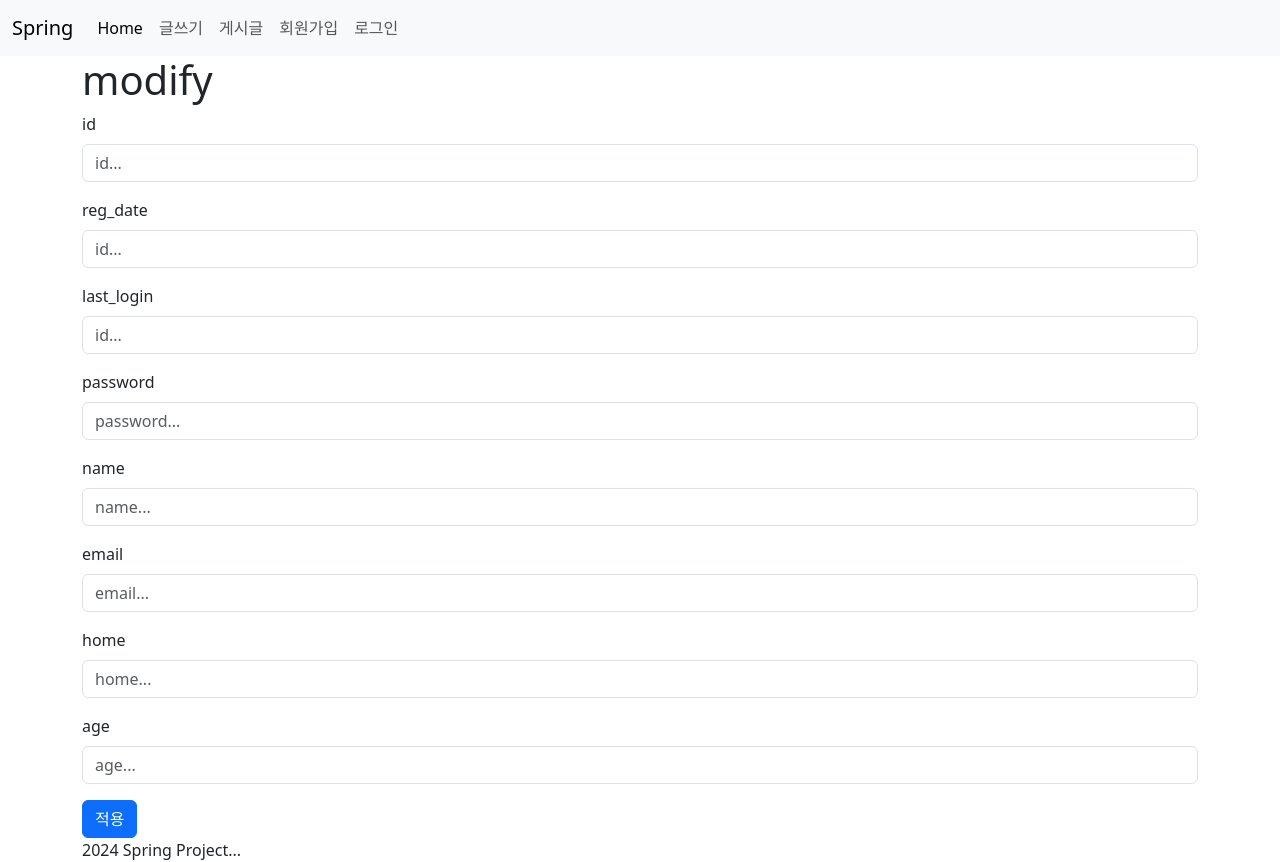
Repository: dlwpsdlwps/springTest240430
Page: http://localhost/spring_study/WEB-INF/views/member/modify.jsp
These files come from the project's save history. The page is drawn as it stood at one moment and after the next save; the edit follows.
The browser window is 1280 px wide. The pictures show the whole page.
The page is served by Tomcat 9. Nobody is signed in. The template is opened directly, without the code that normally fills it, so the values that code supplies are empty.

Above is the page before, as saved 2024-04-25 09:08:18.

After the next save:
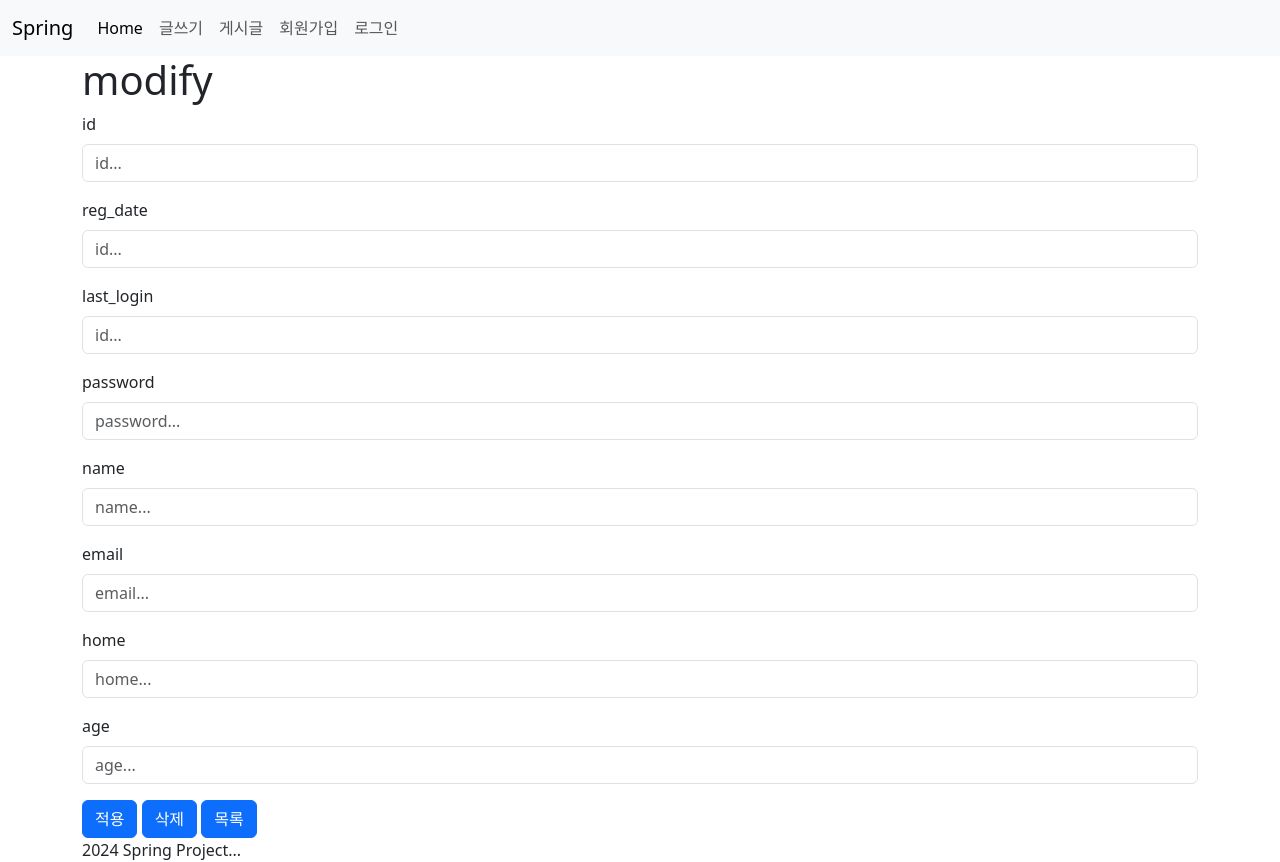
Saved 97 s later.
--- a/spring_study/src/main/webapp/WEB-INF/views/member/modify.jsp
+++ b/spring_study/src/main/webapp/WEB-INF/views/member/modify.jsp
@@ -37,6 +37,8 @@
 			<input type="text" class="form-control" name="age" id="a" value="${ses.age }" placeholder="age...">
 		</div>
 		<button type="submit" class="btn btn-primary">적용</button>
+		<a href="/member/delete"><button type="button" class="btn btn-primary">삭제</button></a>
+		<a href="/member/list"><button type="button" class="btn btn-primary">목록</button></a>
 	</form>
 </div>
 <jsp:include page="../layout/footer.jsp" />
